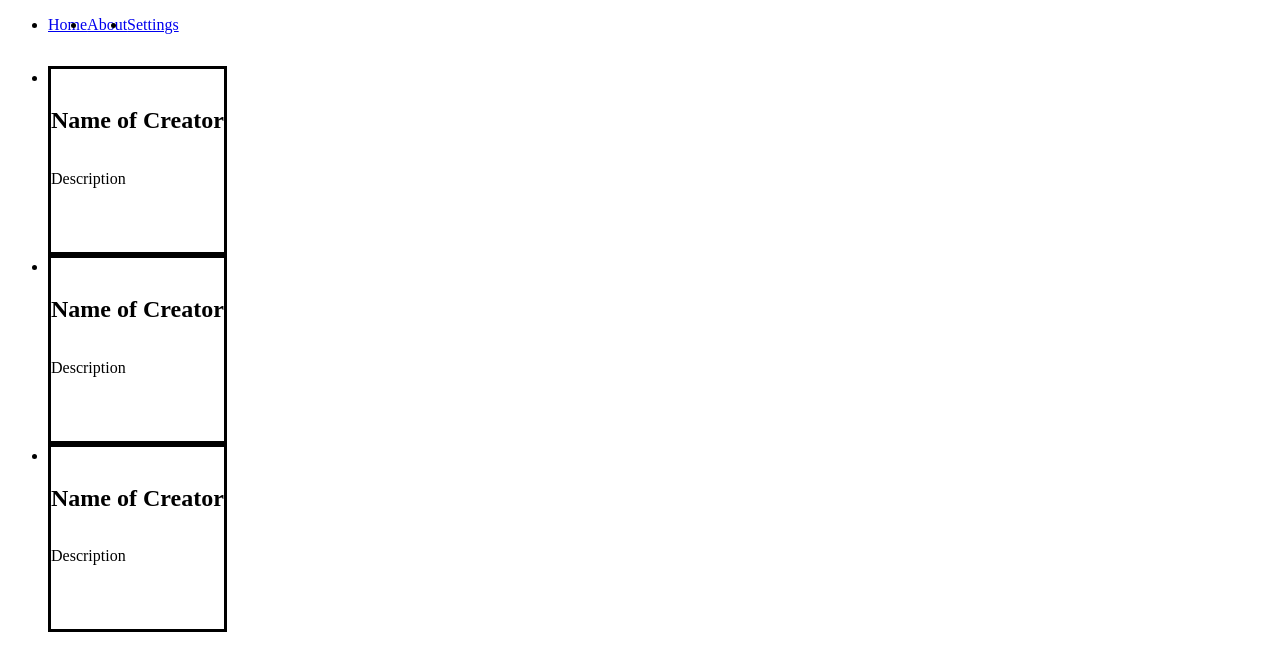
Repository: k8ANStar/Questify
Page: /About
The author's editor kept a copy of each file at every save. The page is drawn from the files as they stood at one save, then again after the next save.
The browser window is 1280 px wide. The pictures show the whole page.
The project was rebuilt for these pictures with package versions that can differ from the ones it lists, and the page was loaded fresh each time. The framework's server and built-in components were replaced by stand-ins that run in the browser. Also part of the build but not shown: next.config.mjs.

Above is the page before, as saved 2024-03-24 21:43:16.

After the next save:
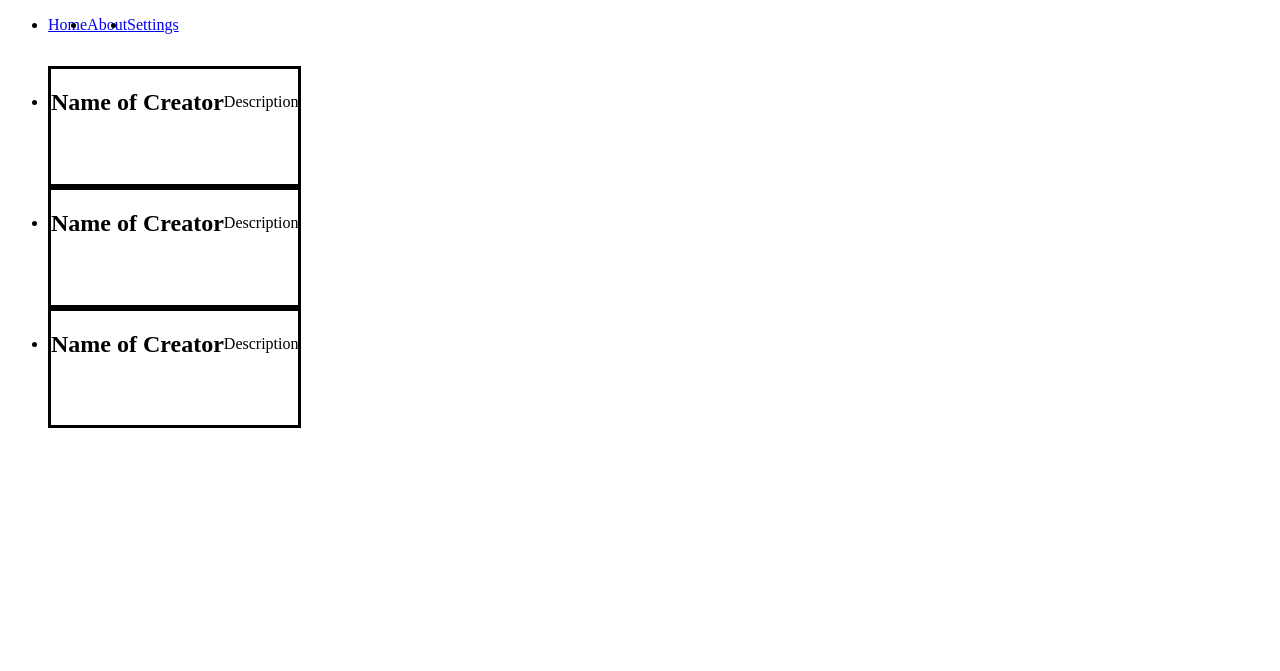
Saved 49 s later.
--- a/components/Card/Card.module.css
+++ b/components/Card/Card.module.css
@@ -3,5 +3,8 @@
     display: grid;
     justify-content:center;
     padding-bottom: 3rem;
-
+    	list-style-type: none;
+	display: flex;
+	align-items: center;
+	text-decoration: none;
 }

After the 3 saves that followed:
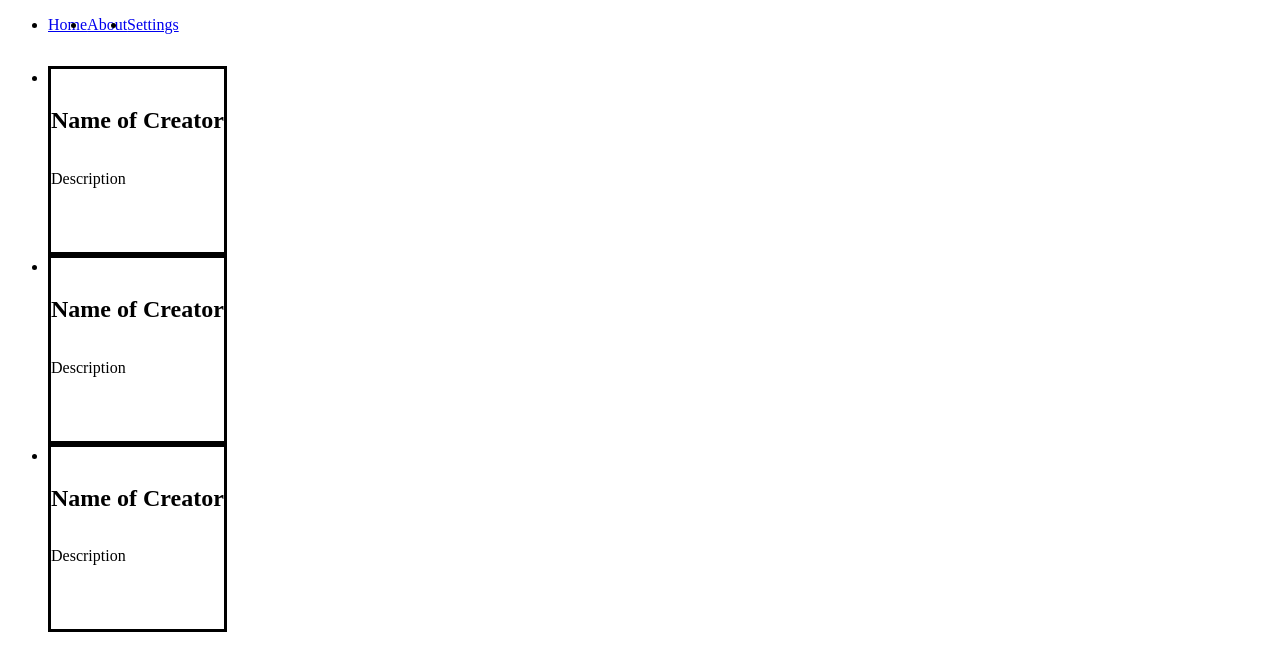
The 3 saves are shown as one change because they came seconds apart.
The last was saved 12 s later.
--- a/components/Card/Card.module.css
+++ b/components/Card/Card.module.css
@@ -4,7 +4,7 @@
     justify-content:center;
     padding-bottom: 3rem;
     	list-style-type: none;
-	display: flex;
+
 	align-items: center;
 	text-decoration: none;
 }
